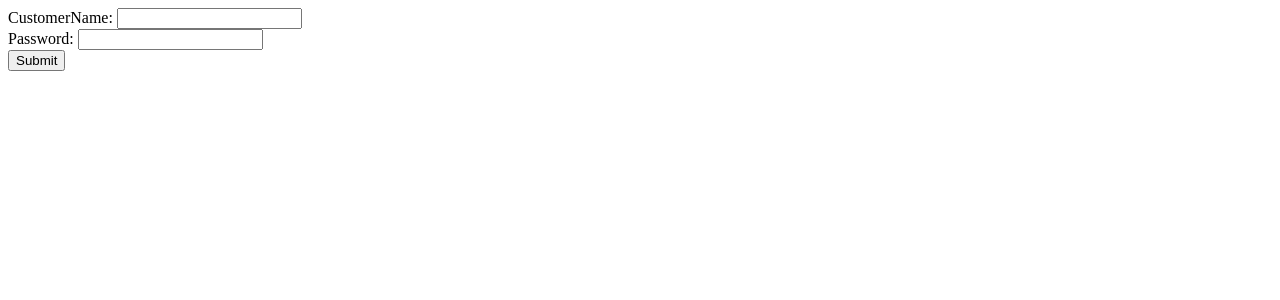
Repository: Rama-13/LaunchPadAllFiles
Page: java-workspace/SecondWebProject/WebContent/Welcome.html
The author's editor kept a copy of each file at every save. The page is drawn from the files as they stood at one save, then again after the next save.
The browser window is 1280 px wide. The pictures show the whole page.

Above is the page before, as saved 2019-07-29 06:26:40.

After the next save:
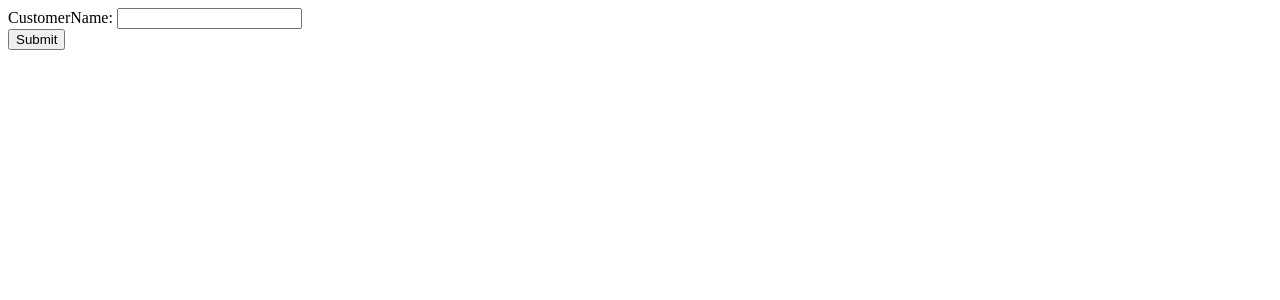
Saved 2 min 30 s later.
--- a/java-workspace/SecondWebProject/WebContent/Welcome.html
+++ b/java-workspace/SecondWebProject/WebContent/Welcome.html
@@ -7,7 +7,6 @@
 <body>
 <form action = "products.html">
 CustomerName: <input type = "text" name = "customerName"></br>
-   Password: <input type = "text" id = "password" name = "password"></br>
 <input type = "submit" name = "Login">
 
 </form>
